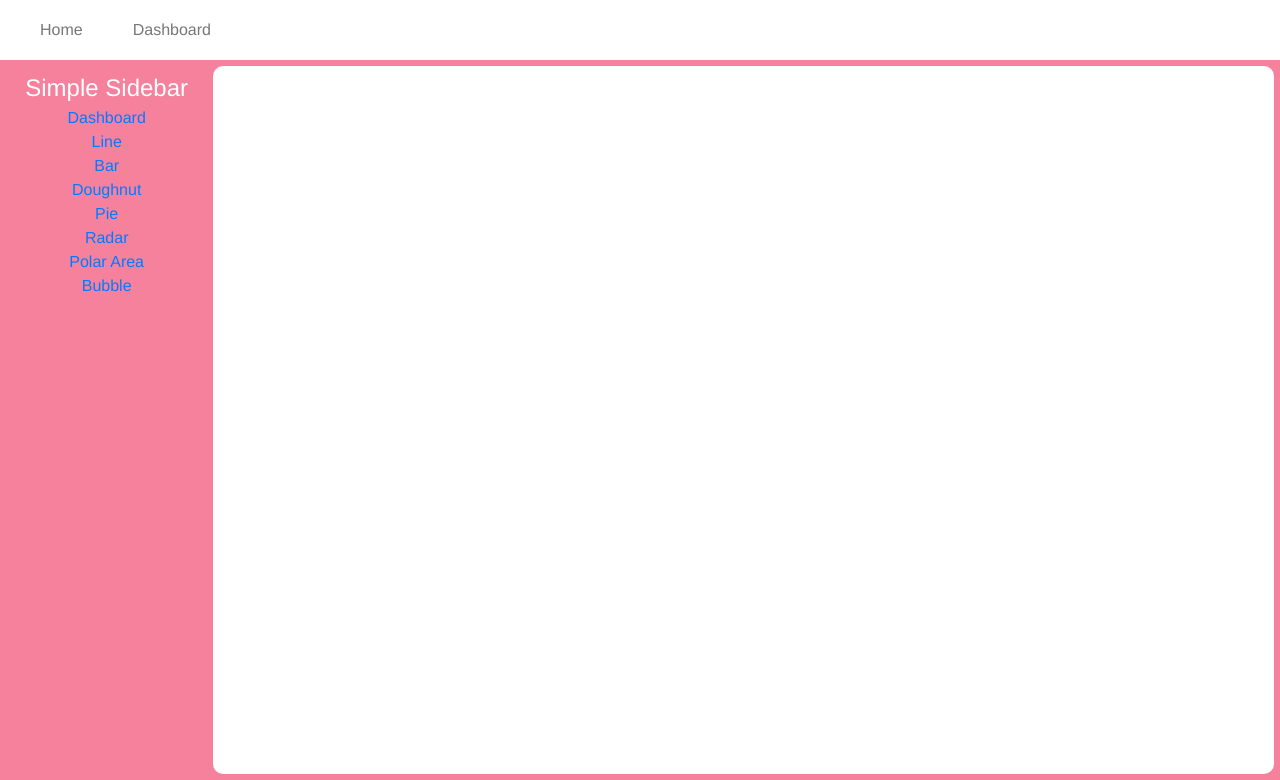
Repository: nashthecoder/vue_learn
Page: /dashboard (app in client/)
An editor plug-in stored every save of this project. The page is shown before and after the next save, followed by the edit.
The browser window is 1280 px wide. The pictures show the whole page.
The project was rebuilt for these pictures with package versions that can differ from the ones it lists, and the page was loaded fresh each time. Imported but missing from the stored project, and not drawn on this page: client/src/views/Home.vue.

Above is the page before, as saved 2020-12-25 01:17:59.

After the next save:
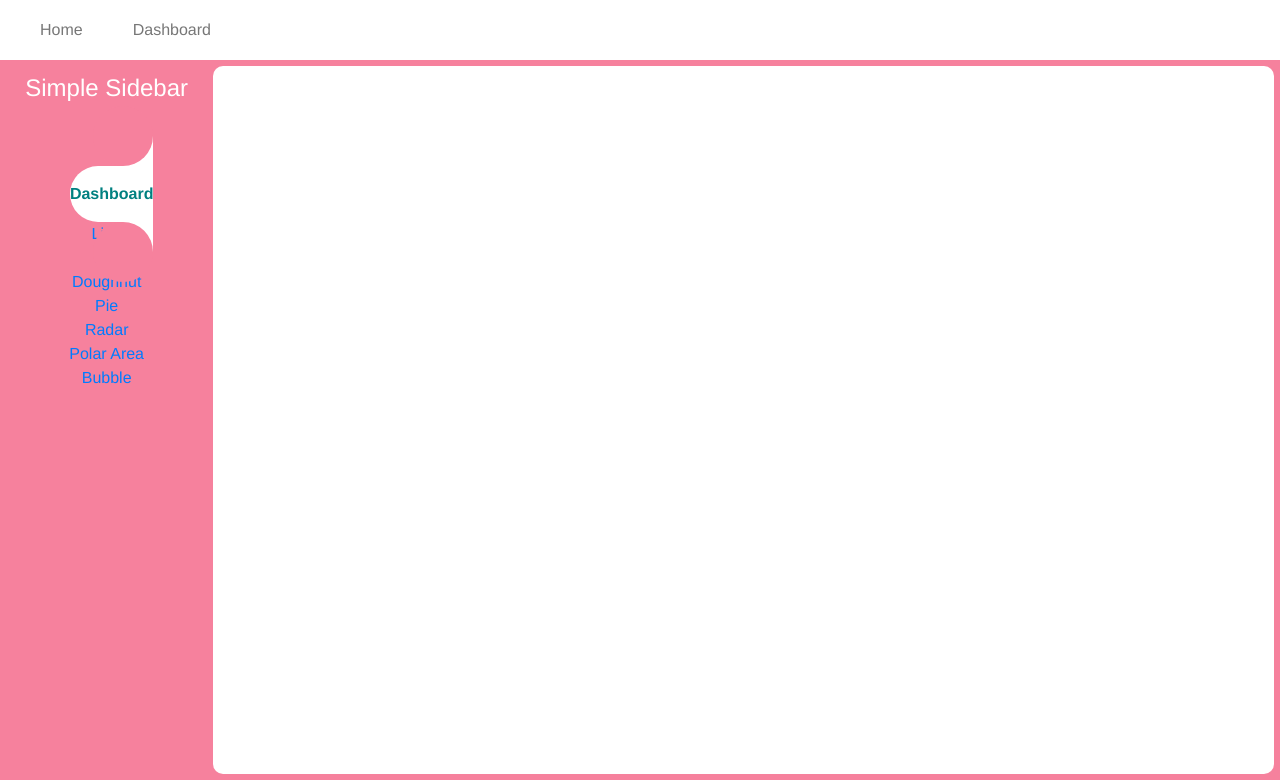
Saved 66 s later.
--- a/client/src/components/Sidebar.vue
+++ b/client/src/components/Sidebar.vue
@@ -4,7 +4,7 @@
       Simple Sidebar
     </div>
     <div class="menu-items">
-      <router-link to="/dashboard">
+      <router-link to="/dashboard" active-class="active" tag="button" exact class="side-btn">
         <div class="link-container">
           Dashboard
         </div>
